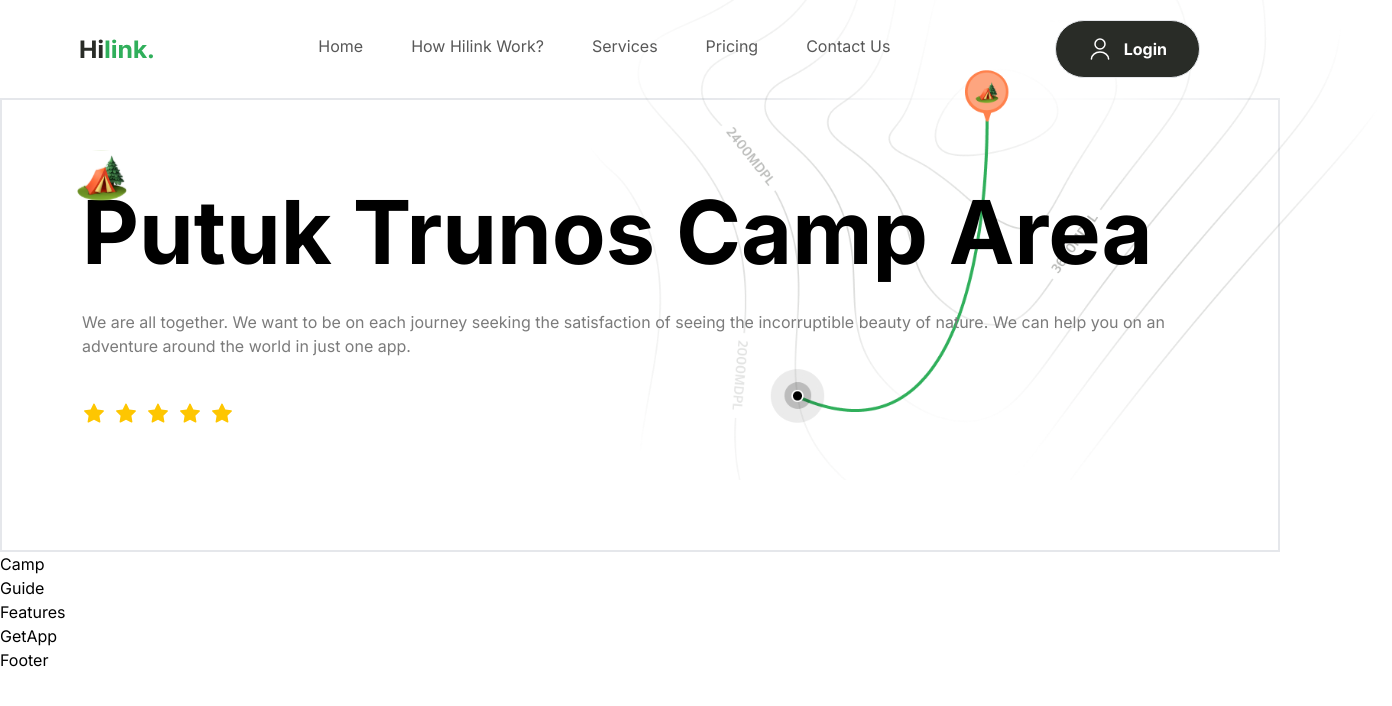
Repository: SouthpawC0der/Modern-reactsite
Page: /
The author's editor kept a copy of each file at every save. The page is drawn from the files as they stood at one save, then again after the next save.
The browser window is 1280 px wide. The page is 1392 px wide, so the pictures cover 1392 px, including what lies to the right of the window. The pictures show the whole page.
The project was rebuilt for these pictures with package versions that can differ from the ones it lists, and the page was loaded fresh each time. The framework's server and built-in components were replaced by stand-ins that run in the browser. Also part of the build but not shown: next.config.ts.

Above is the page before, as saved 2025-01-30 11:14:30.

### app/layout.tsx
import type { Metadata } from "next";
import "./globals.css";
import Navbar from "@/components/Navbar";
import Footer from "@/components/Footer";

export default function RootLayout({
  children,
}: Readonly<{
  children: React.ReactNode;
}>) {
  return (
    <html lang="en">
      <body>
        <Navbar />
        <main className="relative-overflow-hidden">
        {children}
        </main>
        <Footer />
      </body>
    </html>
  );
}

### app/page.tsx
import Camp from "@/components/Camp";
import Features from "@/components/Features";
import GetApp from "@/components/GetApp";
import Guide from "@/components/Guide";
import Hero from "@/components/Hero";


export default function Home() {
  return (
    <>
    <Hero />
    <Camp />
    <Guide />
    <Features />
    <GetApp />
    </>
  );
}

### app/globals.css

@import url('https://fonts.googleapis.com/css2?family=Inter:wght@400;500;600;700;800&display=swap');

@tailwind base;
@tailwind components;
@tailwind utilities;

* {
  margin: 0;
  padding: 0;
  box-sizing: border-box;
}

body {
  font-family: Inter;
}

@layer utilities {
  .btn_white {
    @apply  border-white bg-white px-8 py-3 text-green-50
  }
  .btn_white_text  {
    @apply  border-white bg-white px-8 py-3 text-gray-90
  }
  .btn_green  {
    @apply  border-green-50 bg-green-50 px-8 py-5 text-white
  }
  .btn_dark_green {
    @apply  bg-green-90 px-8 py-4 text-white transition-all hover:bg-black
  }
  .btn_dark_green_outline  {
    @apply border-gray-20 bg-green-90 px-8 py-5 text-white
  }

  .max-container {
    @apply mx-auto max-w-[1440px];
  }

  .padding-container {
    @apply px-6 lg:px-20 3xl:px-0;
  }

  .flexCenter {
    @apply flex items-center justify-center;
  }

  .flexBetween {
    @apply flex items-center justify-between;
  }

  .flexStart {
    @apply flex items-center justify-start;
  }

  .flexEnd {
    @apply flex items-center justify-end;
  }

  /* FONTS */
  .regular-64 {
    @apply text-[64px] font-[400] leading-[120%];
  }

  .regular-40 {
    @apply text-[40px] font-[400] leading-[120%];
  }

  .regular-32 {
    @apply text-[32px] font-[400];
  }

  .regular-24 {
    @apply text-[24px] font-[400];
  }

  .regular-20 {
    @apply text-[20px] font-[400];
  }

  .regular-18 {
    @apply text-[18px] font-[400];
  }

  .regular-16 {
    @apply text-[16px] font-[400];
  }

  .regular-14 {
    @apply text-[14px] font-[400];
  }

  .medium-14 {
    @apply text-[14px] font-[600];
  }

  .bold-88 {
    @apply text-[88px] font-[700] leading-[120%];
  }

  .bold-64 {
    @apply text-[64px] font-[700] leading-[120%];
  }

  .bold-52 {
    @apply text-[52px] font-[700] leading-[120%];
  }

  .bold-40 {
    @apply text-[40px] font-[700] leading-[120%];
  }

  .bold-32 {
    @apply text-[32px] font-[700] leading-[120%];
  }

  .bold-20 {
    @apply text-[20px] font-[700];
  }

  .bold-18 {
    @apply text-[18px] font-[700];
  }

  .bold-16 {
    @apply text-[16px] font-[700];
  }

  /* Hero */
  .hero-map {
    @apply absolute right-0 top-0 h-screen w-screen bg-pattern-2 bg-cover bg-center md:-right-28 xl:-top-60;
  }

  /* Camp */
  .camp-quote {
    @apply absolute -right-6 bottom-4 w-[140px] lg:bottom-10 xl:-right-8 xl:w-[186px] 3xl:right-0;
  }

  /* Feature */
  .feature-phone {
    @apply absolute top-[13%] z-10 hidden max-w-[1500px] rotate-[15deg] md:-left-16 lg:flex  3xl:left-20;
  }

  /* Get App */
  .get-app {
    @apply max-container relative flex w-full  flex-col justify-between gap-32 overflow-hidden bg-green-90 bg-pattern bg-cover bg-center bg-no-repeat px-6 py-12 text-white sm:flex-row sm:gap-12 sm:py-24 lg:px-20 xl:max-h-[598px] 2xl:rounded-5xl;
  }
}

/* Hide scrollbar for Chrome, Safari and Opera */
.hide-scrollbar::-webkit-scrollbar {
  display: none;
}

/* Hide scrollbar for IE, Edge and Firefox */
.hide-scrollbar {
  -ms-overflow-style: none; /* IE and Edge */
  scrollbar-width: none; /* Firefox */
}

### components/Navbar.tsx
import { NAV_LINKS } from '@/constants'
import Image from 'next/image'
import Link from 'next/link'
import React from 'react'
import Button from './Button'

const Navbar = () => {
  return (
    <nav className='flexBetween max-container padding-container relative z-30 py-5'>
        <Link href="/">
          <Image src="/hilink-logo.svg" alt='logo' width={74} height={29} />
        </Link>

          <ul className='hidden h-full gap-12 lg:flex'>
             {NAV_LINKS.map((link) => (
                <Link href={link.href} key={link.key}
                className='regular-16 text-gray-50 flexCenter cursor-pointer pb-1.5 transition-all hover:font-bold'
                >
                    {link.label}
                </Link>
             ))}
          </ul>

          <div className='lg:flexCenter hidden'>
            <Button
            type='button'
            title='Login'
            icon='/user.svg'
            variant='btn_dark_green'
            />
          </div>

          <Image
          src='menu.svg'
          alt='menu'
          width={32}
          height={32}
          className='inline-block cursor-pointer lg:hidden'
          />
    </nav>
  )
}


export default Navbar

### components/Hero.tsx
import Image from 'next/image'
import React from 'react'

const Hero = () => {
  return (
    <section className='max-container padding-container flex flex-col gap-20 py-10 pb-32 md:gap-28
     lg:py-20 xl:flex-row border-2'>
        <div className='hero-map' />

        <div className='relative z-10 flex flex-1 flex-col xl:w-1/2'>
            <Image
            src='/camp.svg'
            alt='camp'
            width={50}
            height={50}
            className='absolute left-[-5px] top-[-30px] w-10 lg:w-[50px]'
             />
             <h1 className='bold-32 lg:bold-88'>Putuk Trunos Camp Area</h1>
             <p className='regular-16 mt-6 text-gray-30 xl:max-[520px]'>
                We are all together. We want to be on each journey seeking the
                satisfaction of seeing the incorruptible beauty of nature. We can
                help you on an adventure around the world in just one app.
             </p>

             <div className='my-11 flex flex-wrap gap-5'>
                <div className='flex items-center gap-2'>
                    {Array(5).fill(1).map((_, index) => (
                        <Image
                        src='/star.svg'
                        key={index}
                        alt='star'
                        width={24}
                        height={24}
                        />
                    ))}
                </div>
             </div>
        </div>
    </section>
  )
}

export default Hero

### components/Button.tsx
import Image from 'next/image';
import React from 'react'

type ButtonProps = {
    type: 'button' | 'submit';
    title: string;
    icon?: string,
    variant: 'btn_dark_green'
}

const Button = ( {type, title, icon, variant }: ButtonProps) => {
  return (
    <button
    className={`flexCenter gap-3 rounded-full border ${variant}`}
    type={type}

    >
        {icon && <Image src={icon} alt={title} width={24} height={24} />}
        <label className='bold-16 whitespace-nowrap'>{title}</label>
    </button>
  )
}

export default Button

Loaded but not shown: components/Footer.tsx (common file); components/Camp.tsx (common file); components/Features.tsx (common file); components/GetApp.tsx (common file); components/Guide.tsx (common file); constants/index.ts (common file); tailwind.config.ts (common file)

After the next save:
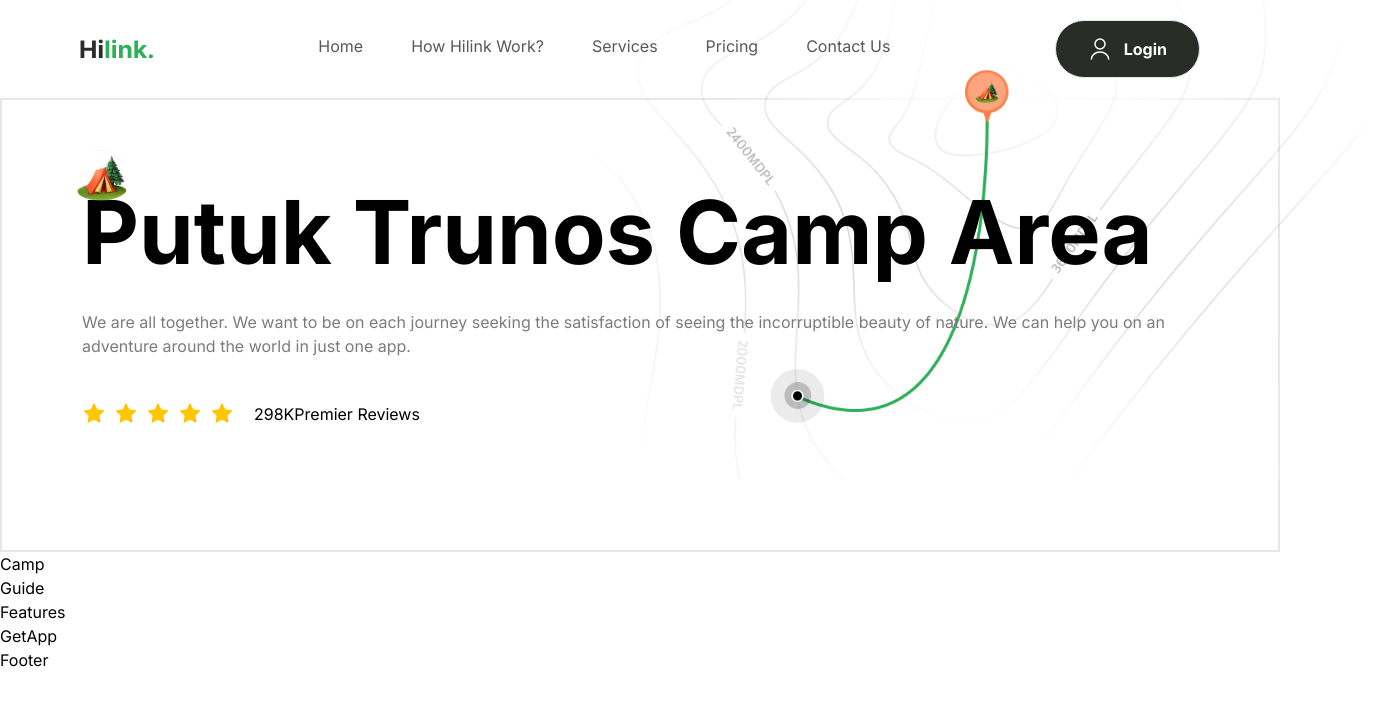
Saved 19 min 6 s later.
--- a/components/Hero.tsx
+++ b/components/Hero.tsx
@@ -34,6 +34,10 @@ const Hero = () => {
                         />
                     ))}
                 </div>
+                <p>
+                    298K
+                    <span>Premier Reviews</span>
+                </p>
              </div>
         </div>
     </section>
